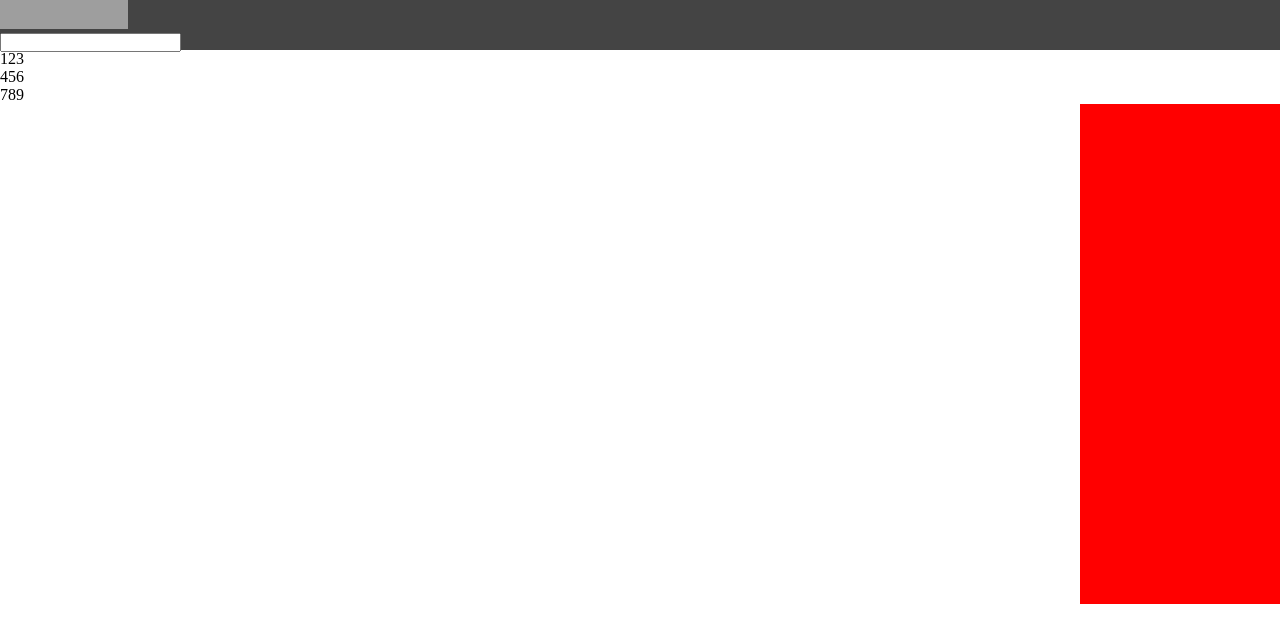
Repository: jinggegeZ/cnode
Page: /
An editor plug-in stored every save of this project. The page is shown before and after a run of saves, followed by the edit.
The browser window is 1280 px wide. The pictures show the whole page.
Pictures or frames that could not be fetched are drawn as grey boxes. The project was rebuilt for these pictures with package versions that can differ from the ones it lists, and the page was loaded fresh each time.

Above is the page before, as saved 2020-06-04 19:07:26.

### src/App.vue
<template>
  <div id="app">
    <router-view/>
  </div>
</template>

<style lang="scss">
   * {
  margin: 0;
  padding: 0;
 }
</style>

### src/router/index.js
import Vue from 'vue'
import VueRouter from 'vue-router'
import Home from '../views/Home.vue'
import layout from '../views/layout1/layout'

Vue.use(VueRouter)

  const routes = [
    {
      path:'/home',
      redirect:'/'
    },
  {
    path:'/',
    name:'layout',
    component: layout,
    children: [
      {
        path: '',
        name: 'Home',
        component: Home
      },
    ]
  },

  {
    path: '/about',
    name: 'About',
    component: () => import('../views/About.vue')
  },
  {
    path: '/parents',
    name: 'parents',
    component: () => import('../views/parents/parents.vue'),

  },
]

const router = new VueRouter({
  mode: 'history',
  base: process.env.BASE_URL,
  routes
})

export default router

### src/views/Home.vue
<template>
 <div>
  <div>123</div>
  <div>456</div>
  <div>789</div>
 </div>
</template>

<script>

 export default {
   data () {
     return {

     }
   },
   components: {

   },
   methods: {

   },
   mounted() {

   },
   watch: {

   },
   computed: {

   }
 }
</script>

<style scoped>

</style>

### src/views/layout1/layout.vue
<template>
 <div>
    <div class="container">

            <div class="t-head">
            <top></top>
            </div>

        <div class="content">
            <div>
                <router-view></router-view>
            </div>
            <div class="right">
                <right></right>
            </div>

        </div>
    </div>
 </div>
</template>

<script>
    import top from '../../components/top/top'
    import right from '../../components/right/right'

 export default {
     name:'layout',
   data () {
     return {

     }
   },
   components: {
       top,
       right,
   },
   methods: {

   },
   mounted() {

   },
   watch: {

   },
   computed: {

   }
 }
</script>

<style scoped>
    .container {
        width: 100%;
    }


</style>

### src/components/top/top.vue
<template>
 <div>
    <div class="top">
    <div class="box">
        <div>
            <div><img src="//static2.cnodejs.org/public/images/cnodejs_light.svg" alt="" width="128px" height="30px"></div>
            <input type="text">
        </div>
        <div></div>
    </div>
    </div>
 </div>
</template>

<script>
 export default {
   data () {
     return {

     }
   },
   components: {

   },
   methods: {

   },
   mounted() {

   },
   watch: {

   },
   computed: {

   }
 }
</script>

<style scoped >
    .top {
        width: 100%;
        height: 50px;
        background:rgb(68,68,68);


    }
    .box {
        max-width: 1400px;
        height: 50px;
        margin: 0 auto;
        display: flex;
        justify-content: space-between;
        align-items: center;
    }
</style>

### src/components/right/right.vue
<template>
 <div>
    <div class="right"></div>
 </div>
</template>

<script>
 export default {
   data () {
     return {

     }
   },
   components: {

   },
   methods: {

   },
   mounted() {

   },
   watch: {

   },
   computed: {

   }
 }
</script>

<style scoped>
    .right {
        width: 200px;
        height: 500px;
        background: red;
        position: absolute;
        right: 0;
    }
</style>

Loaded but not shown: public/index.html (common file); src/main.js (common file); src/store/index.js (common file)

After the next 2 saves:
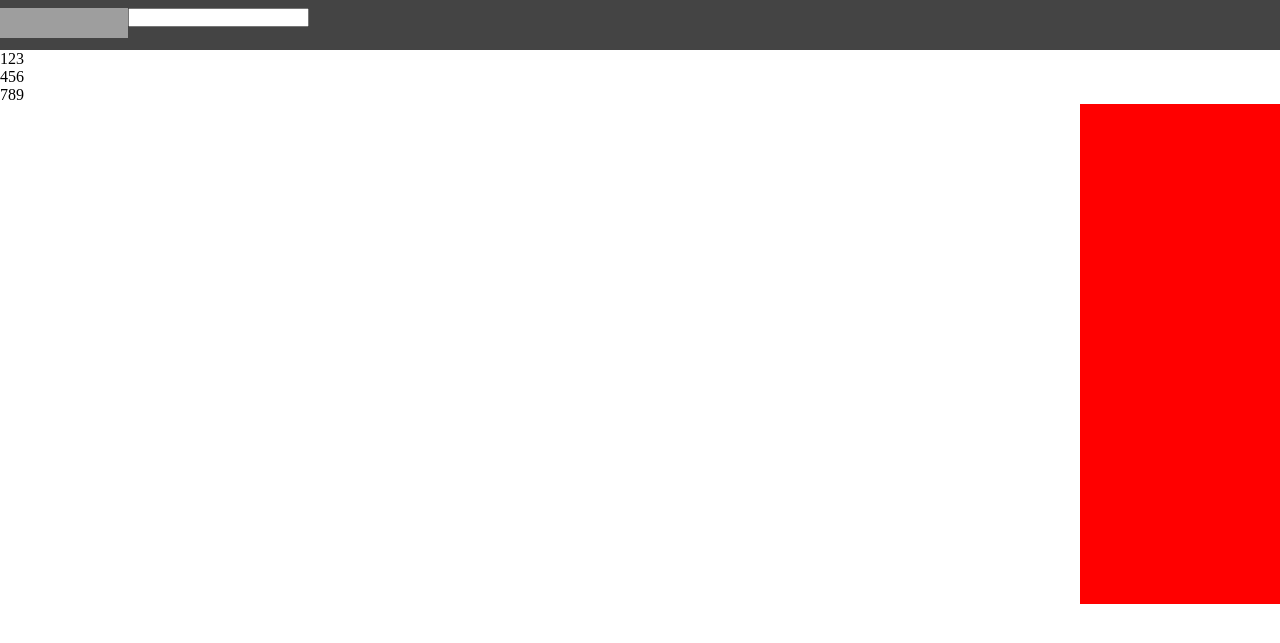
The 2 saves are shown as one change because 1 did not build or start.
The last was saved 2 min 22 s later.
--- a/src/components/top/top.vue
+++ b/src/components/top/top.vue
@@ -2,9 +2,9 @@
  <div>
     <div class="top">
     <div class="box">
-        <div>
+        <div class="b-left">
             <div><img src="//static2.cnodejs.org/public/images/cnodejs_light.svg" alt="" width="128px" height="30px"></div>
-            <input type="text">
+            <div class="ipt"><input type="text"></div>
         </div>
         <div></div>
     </div>
@@ -53,4 +53,10 @@
         justify-content: space-between;
         align-items: center;
     }
+    .b-left {
+        display: flex;
+    }
+    .ipt {
+
+    }
 </style>
